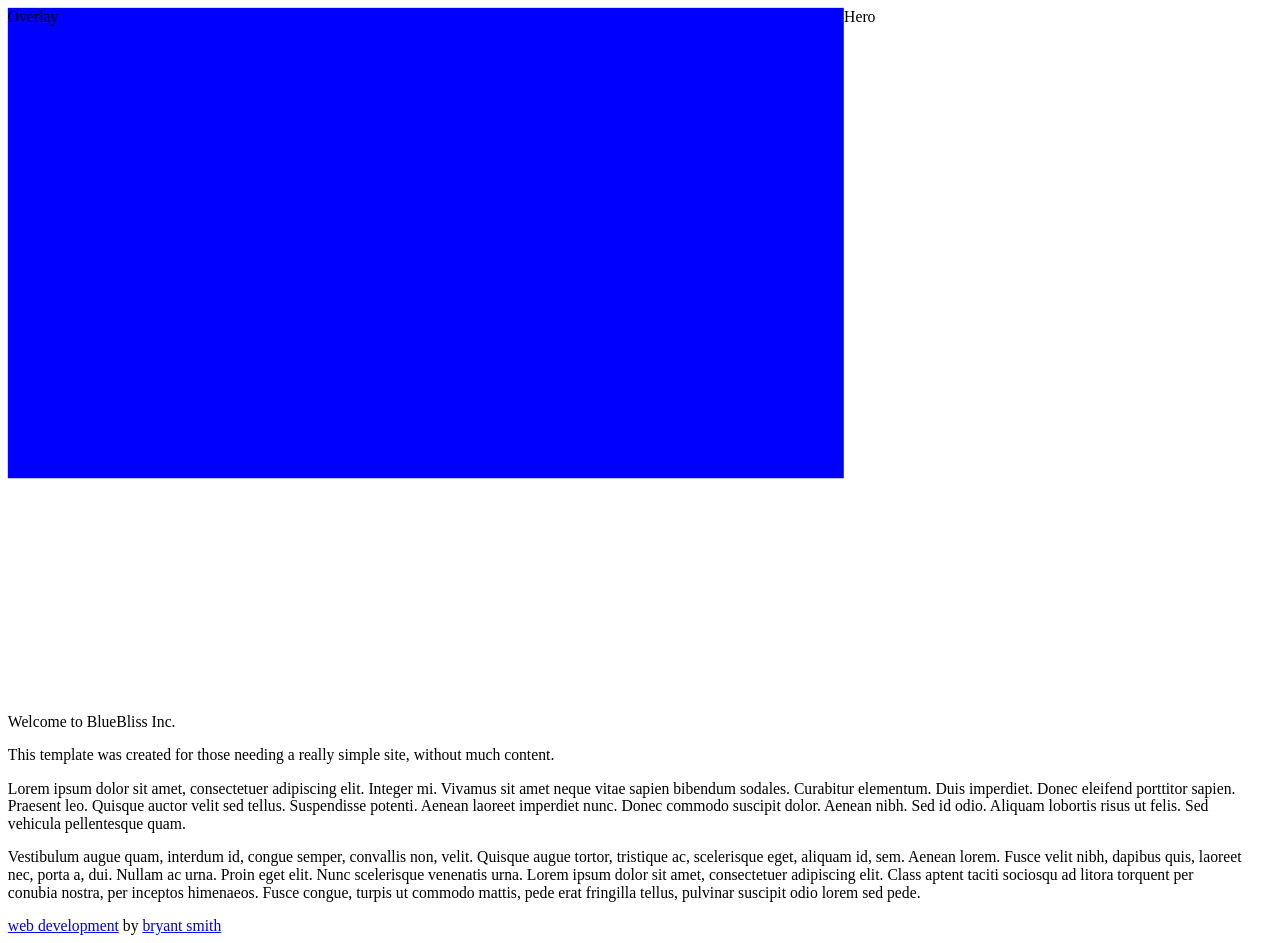
Repository: Scoofster/SWE-Flying-start-bio-website
Page: public/index.html
An editor plug-in stored every save of this project. The page is shown before and after the next save, followed by the edit.
The browser window is 1280 px wide. The page is 1288 px wide, so the pictures cover 1288 px, including what lies to the right of the window. The pictures show the whole page, at 98% of full size.

Above is the page before, as saved 2022-06-16 12:38:43.

### public/index.html
<!--
You may use this in any way, on any site, all we ask is that you please keep the link(s) crediting the author.   Though this is not mandatory, it is certainly appreciated.
 -->

<!DOCTYPE html PUBLIC "-//W3C//DTD XHTML 1.0 Strict//EN" "http://www.w3.org/TR/xhtml1/DTD/xhtml1-strict.dtd">
<html xmlns="http://www.w3.org/1999/xhtml" xml:lang="en" lang="en">
  <head>
    <title>Blue Bliss by Bryant Smith</title>
    <meta http-equiv="content-type" content="text/html;charset=utf-8" />
    <link rel="stylesheet" type="text/css" href="index.css" />
  </head>
  <body>
    <div id="mainContentArea">
      <div id="contentBox">
        <div id="hero">
          Hero
          <div id="hero_overlay">Overlay</div>
        </div>

        <div id="blueBox">
          <div id="header"></div>
          <div class="contentTitle">Welcome to BlueBliss Inc.</div>
          <div class="pageContent">
            <p>
              This template was created for those needing a really simple site,
              without much content.
            </p>
            <p>
              Lorem ipsum dolor sit amet, consectetuer adipiscing elit. Integer
              mi. Vivamus sit amet neque vitae sapien bibendum sodales.
              Curabitur elementum. Duis imperdiet. Donec eleifend porttitor
              sapien. Praesent leo. Quisque auctor velit sed tellus. Suspendisse
              potenti. Aenean laoreet imperdiet nunc. Donec commodo suscipit
              dolor. Aenean nibh. Sed id odio. Aliquam lobortis risus ut felis.
              Sed vehicula pellentesque quam.
            </p>
            <p>
              Vestibulum augue quam, interdum id, congue semper, convallis non,
              velit. Quisque augue tortor, tristique ac, scelerisque eget,
              aliquam id, sem. Aenean lorem. Fusce velit nibh, dapibus quis,
              laoreet nec, porta a, dui. Nullam ac urna. Proin eget elit. Nunc
              scelerisque venenatis urna. Lorem ipsum dolor sit amet,
              consectetuer adipiscing elit. Class aptent taciti sociosqu ad
              litora torquent per conubia nostra, per inceptos himenaeos. Fusce
              congue, turpis ut commodo mattis, pede erat fringilla tellus,
              pulvinar suscipit odio lorem sed pede.
            </p>
          </div>
          <div id="footer">
            <a href="http://www.aszx.net">web development</a> by
            <a href="http://www.bryantsmith.com">bryant smith</a>
          </div>
        </div>
      </div>
    </div>
  </body>
</html>

### public/index.css
.filter {

}

#hero {
    display: grid;
    width: 100vw;
    height: 100vh;
    grid-template-columns: 1fr 1fr 1fr;
    grid-template-rows: 1fr 1fr 1fr;
}

#hero_overlay {
    grid-area: 1 /1 /3 /3;

    background-color: blue;
    top:0;
    left:0;

}

After the next save:
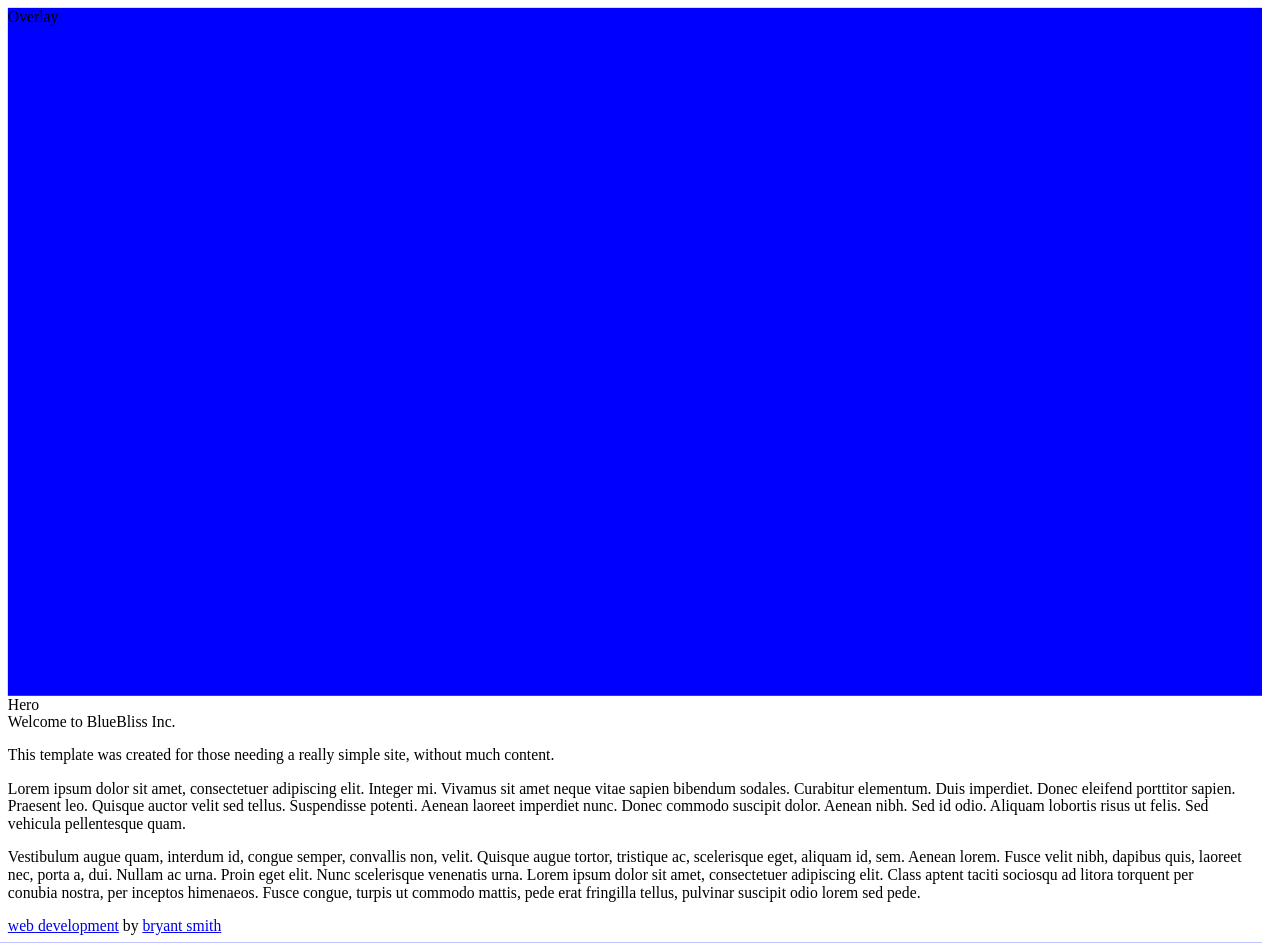
Saved 98 s later.
--- a/public/index.css
+++ b/public/index.css
@@ -11,7 +11,7 @@
 }
 
 #hero_overlay {
-    grid-area: 1 /1 /3 /3;
+    grid-area: 1 /1 / span 3 / span 3;
 
     background-color: blue;
     top:0;
